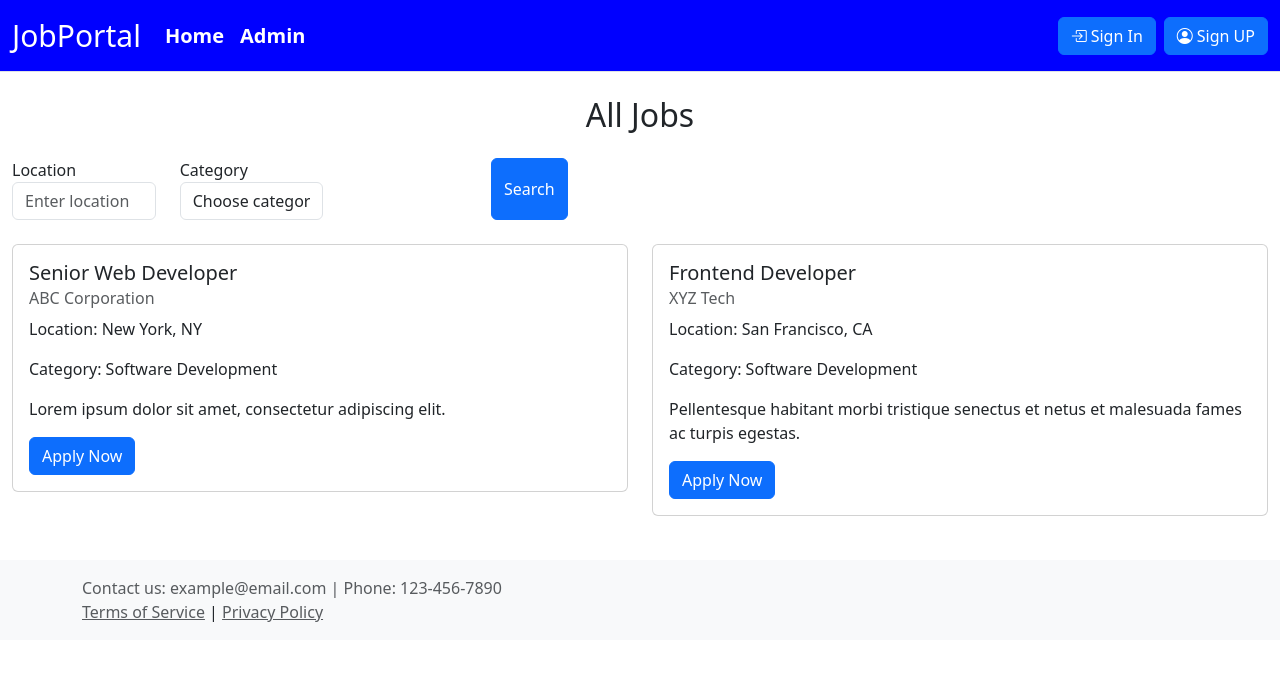
Repository: smruti12344/Job_Portal
Page: http://localhost/Job_portal/home.jsp
An editor plug-in stored every save of this project. The page is shown before and after the next save, followed by the edit.
The browser window is 1280 px wide. The pictures show the whole page.
Some web libraries are served in a nearby version. The page is served by Tomcat 9. Other server files are loaded and not shown.

Above is the page before, as saved 2024-04-17 05:57:10.

### Job_portal/src/main/webapp/home.jsp
<%@ page language="java" contentType="text/html; charset=UTF-8"
    pageEncoding="UTF-8"%>
<!DOCTYPE html>
<html lang="en">
<head>
    <meta charset="UTF-8">
    <meta name="viewport" content="width=device-width, initial-scale=1.0">
    <title>All Jobs</title>
    <!--all file links  -->
<%@include file="Components\alllinks.jsp" %>
    <!-- Custom CSS -->
    <style>
        /* Custom styles */
        .job-card {
            margin-bottom: 20px;
        }
    </style>
</head>
<body>
<%@include file="Components\navbar.jsp" %>
    <div class="container-fluid my-4">
        <h2 class="text-center mb-4">All Jobs</h2>

        <!-- Search form -->
        <form class="d-flex">
            <div class="row">
                <div class="form-group col-md-4">
                    <label for="inputLocation">Location</label>
                    <input type="text" class="form-control" id="inputLocation" placeholder="Enter location">
                </div>
                <div class="form-group col-md-4">
                    <label for="inputCategory">Category</label>
                    <select id="inputCategory" class="form-control">
                        <option selected>Choose category...</option>
                        <option>Software Development</option>
                        <option>Marketing</option>
                        <option>Finance</option>
                        <!-- Add more categories as needed -->
                    </select>
                </div>
            </div>
            <button type="submit" class="btn btn-primary">Search</button>
        </form>

        <div class="row mt-4">
            <div class="col-md-6">
                <div class="card job-card">
                    <div class="card-body">
                        <h5 class="card-title">Senior Web Developer</h5>
                        <h6 class="card-subtitle mb-2 text-muted">ABC Corporation</h6>
                        <p class="card-text">Location: New York, NY</p>
                        <p class="card-text">Category: Software Development</p>
                        <p class="card-text">Lorem ipsum dolor sit amet, consectetur adipiscing elit.</p>
                        <a href="#" class="btn btn-primary">Apply Now</a>
                    </div>
                </div>
            </div>
            <!-- Add more job cards as needed -->
            <div class="col-md-6">
                <div class="card job-card">
                    <div class="card-body">
                        <h5 class="card-title">Frontend Developer</h5>
                        <h6 class="card-subtitle mb-2 text-muted">XYZ Tech</h6>
                        <p class="card-text">Location: San Francisco, CA</p>
                        <p class="card-text">Category: Software Development</p>
                        <p class="card-text">Pellentesque habitant morbi tristique senectus et netus et malesuada fames ac turpis egestas.</p>
                        <a href="#" class="btn btn-primary">Apply Now</a>
                    </div>
                </div>
            </div>
        </div>
    </div>

    <footer class="footer mt-auto py-3 bg-light">
        <div class="container">
            <span class="text-muted">Contact us: example@email.com | Phone: 123-456-7890</span>
            <div class="float-right">
                <a href="#" class="text-muted">Terms of Service</a> |
                <a href="#" class="text-muted">Privacy Policy</a>
            </div>
        </div>
    </footer>

    <!-- Bootstrap JS and jQuery (optional, for Bootstrap components that require JavaScript) -->
    <script src="https://code.jquery.com/jquery-3.5.1.slim.min.js"></script>
    <script src="https://cdn.jsdelivr.net/npm/@popperjs/core@1.16.1/dist/umd/popper.min.js"></script>
    <script src="https://stackpath.bootstrapcdn.com/bootstrap/4.5.2/js/bootstrap.min.js"></script>
</body>
</html>

### Job_portal/src/main/webapp/Components/alllinks.jsp

<link
	href="https://cdn.jsdelivr.net/npm/bootstrap@5.3.3/dist/css/bootstrap.min.css"
	rel="stylesheet"
	integrity="sha384-QWTKZyjpPEjISv5WaRU9OFeRpok6YctnYmDr5pNlyT2bRjXh0JMhjY6hW+ALEwIH"
	crossorigin="anonymous">

<link rel="stylesheet"
	href="https://cdn.jsdelivr.net/npm/bootstrap-icons@1.11.3/font/bootstrap-icons.min.css">

<script
	src="https://cdn.jsdelivr.net/npm/bootstrap@5.3.3/dist/js/bootstrap.bundle.min.js"
	integrity="sha384-YvpcrYf0tY3lHB60NNkmXc5s9fDVZLESaAA55NDzOxhy9GkcIdslK1eN7N6jIeHz"
	crossorigin="anonymous"></script>

<link rel="stylesheet" href="Components/style.css"></link>

### Job_portal/src/main/webapp/Components/navbar.jsp
 <%@ taglib prefix="c" uri="http://java.sun.com/jsp/jstl/core" %>
 <%@ page isELIgnored="false" %>
<nav class="navbar bg-dark navbar-expand-lg border-bottom border-body bg-custom" >
  <div class="container-fluid">
    <a class="navbar-brand" href="#">JobPortal</a>
    <button class="navbar-toggler" type="button" data-bs-toggle="collapse" data-bs-target="#navbarSupportedContent" aria-controls="navbarSupportedContent" aria-expanded="false" aria-label="Toggle navigation">
      <span class="navbar-toggler-icon"></span>
    </button>
    <div class="collapse navbar-collapse" id="navbarSupportedContent">
      <ul class="navbar-nav me-auto mb-2 mb-lg-0">
        <li class="nav-item">
          <a class="nav-link active" aria-current="page" href="index.jsp">Home</a>
        </li>
        <li class="nav-item">
          <a class="nav-link active" aria-current="page" href="admin.jsp">Admin</a>
        </li>
        <c:if test="${user eq 'admin@gmail.com' }">
           <li class="nav-item">
          <a class="nav-link" href="add_job.jsp"><i class="bi bi-plus-circle-fill me-1"></i>Post jobs</a>
        </li>
        <li class="nav-item">
          <a class="nav-link" href="View.jsp"><i class="bi bi-eye-fill me-1"></i>View jobs</a>
        </li>
        </c:if>




      </ul>
      <form class="d-flex" role="search">
      <c:if test="${not empty user }">

      <a href="#" > <button class="btn btn-primary me-2 " type="button"><i class="bi bi-person-circle me-1"></i>Admin</button></a>
       <a href="signup.jsp"> <button type="button" class="btn btn-primary"><i class="bi bi-box-arrow-in-right me-1"></i>Sign out</button></a>
        </c:if>

      <c:if test="${ empty user }">

      <a href="signin.jsp" > <button class="btn btn-primary me-2 " type="button"><i class="bi bi-box-arrow-in-right me-1"></i>Sign In</button></a>
       <a href="signup.jsp"> <button type="button" class="btn btn-primary"><i class="bi bi-person-circle me-1"></i>Sign UP</button></a>
        </c:if>

      </form>
    </div>
  </div>
</nav>

### Job_portal/src/main/webapp/Components/style.css
.bg-custom{
	background-color: blue !important ;
}
.navbar-brand{
	color: white;
	font-size: 30px;
	user-select: none;
}
.navbar-brand:hover{
	color: white;
	text-shadow: 2px 2px 2px black;
	cursor:auto;
}
.navbar .nav-item .nav-link{
	font-size: 20px;
	color: white;
	font-weight: bold;
}
.navbar .nav-item:hover .nav-link{
	background: white;
	color: black;
	border-radius: 10px;
	cursor: pointer;
}

After the next save:
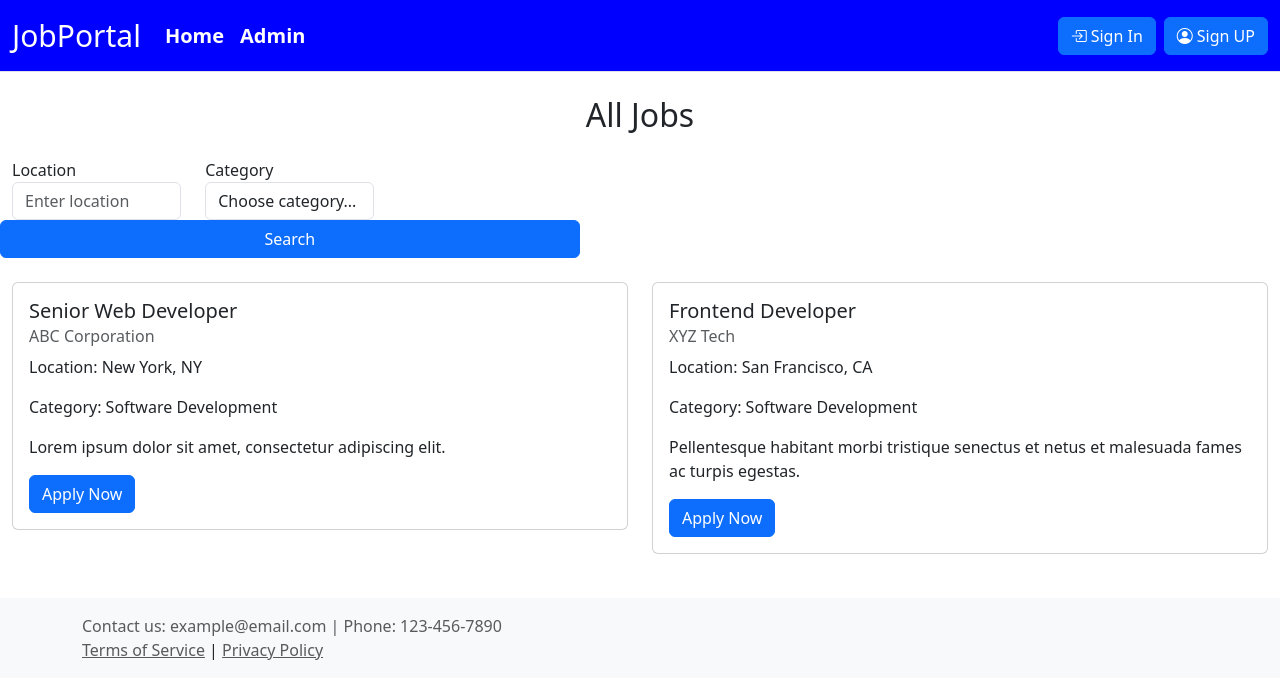
Saved 35 s later.
--- a/Job_portal/src/main/webapp/home.jsp
+++ b/Job_portal/src/main/webapp/home.jsp
@@ -38,8 +38,9 @@
                         <!-- Add more categories as needed -->
                     </select>
                 </div>
+                 <button type="submit" class="btn btn-primary">Search</button>
             </div>
-            <button type="submit" class="btn btn-primary">Search</button>
+
         </form>
 
         <div class="row mt-4">
